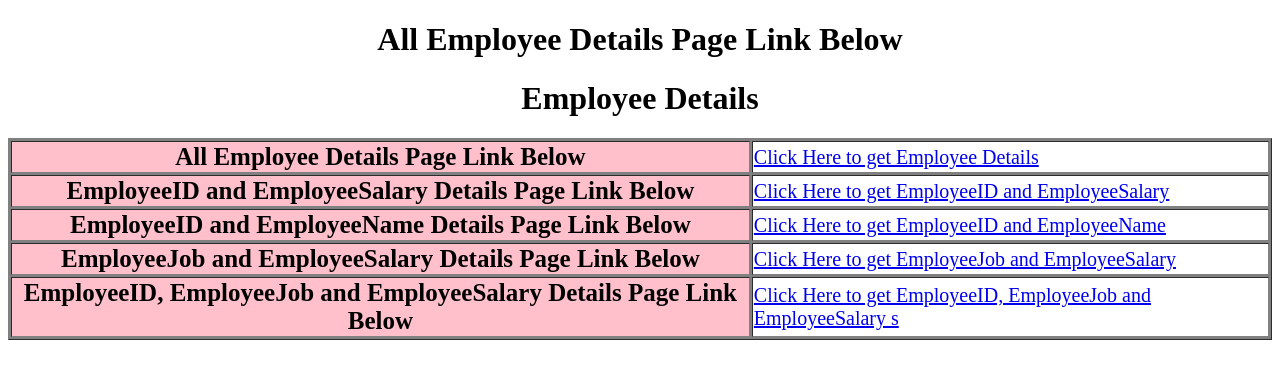
Repository: RhutujaBD/SpringMVCSession
Page: http://localhost/Spring-MVC-JDBCTemplate/WEB-INF/pages/home.jsp
An editor plug-in stored every save of this project. The page is shown before and after the next save, followed by the edit.
The browser window is 1280 px wide. The pictures show the whole page.
The page is served by Tomcat 9. Nobody is signed in. The template is opened directly, without the code that normally fills it, so the values that code supplies are empty.

Above is the page before, as saved 2023-03-29 11:04:39.

After the next save:
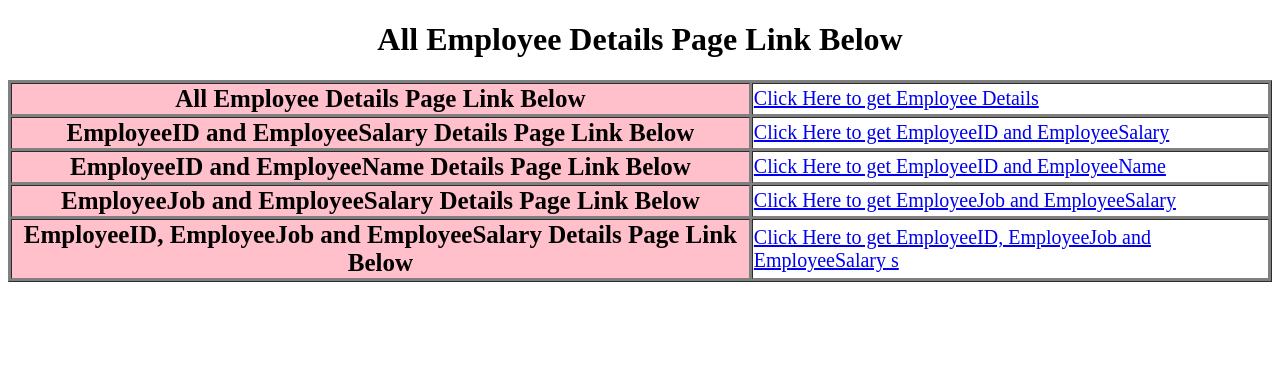
Saved 20 s later.
--- a/Spring-MVC-JDBCTemplate/src/main/webapp/WEB-INF/pages/home.jsp
+++ b/Spring-MVC-JDBCTemplate/src/main/webapp/WEB-INF/pages/home.jsp
@@ -25,7 +25,6 @@
 <body>
 	<h1 align="center">All Employee Details Page Link Below</h1>
 
-	<h1 align="center">Employee Details</h1>
 	<table border="1" bgcolor="grey" align="center">
 
 		<tr bgcolor="pink" bordercolor="black">
